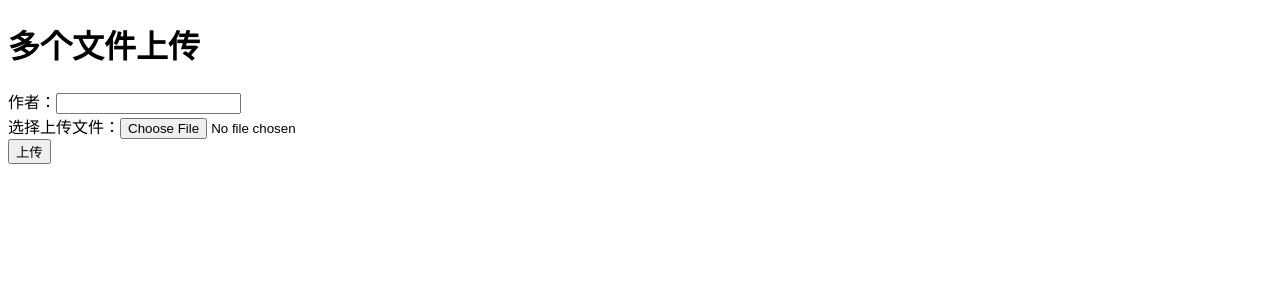
Repository: DevenWang/ServletLearning
Page: http://localhost/FileUpload/multipleUploads
These files come from the project's save history. The page is drawn as it stood at one moment and after the next save; the edit follows.
The browser window is 1280 px wide. The pictures show the whole page.
The page is served by Tomcat 9.

Above is the page before, as saved 2017-04-09 12:41:27.

After the next save:
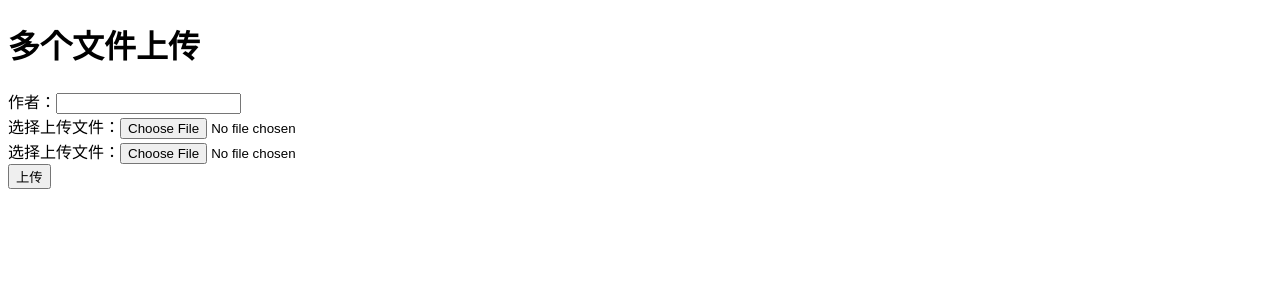
Saved 71 s later.
--- a/FileUpload/WebContent/jsp/MultipleUploads.jsp
+++ b/FileUpload/WebContent/jsp/MultipleUploads.jsp
@@ -11,6 +11,7 @@
 	<form action="singleUpload" method="post" enctype="multipart/form-data">
 		作者：<input type="text" name="author" /><br />
 		选择上传文件：<input type="file" name="fileName" /><br />
+		选择上传文件：<input type="file" name="fileName" /><br />
 		<input type="submit" value="上传">
 	</form>
 </body>
